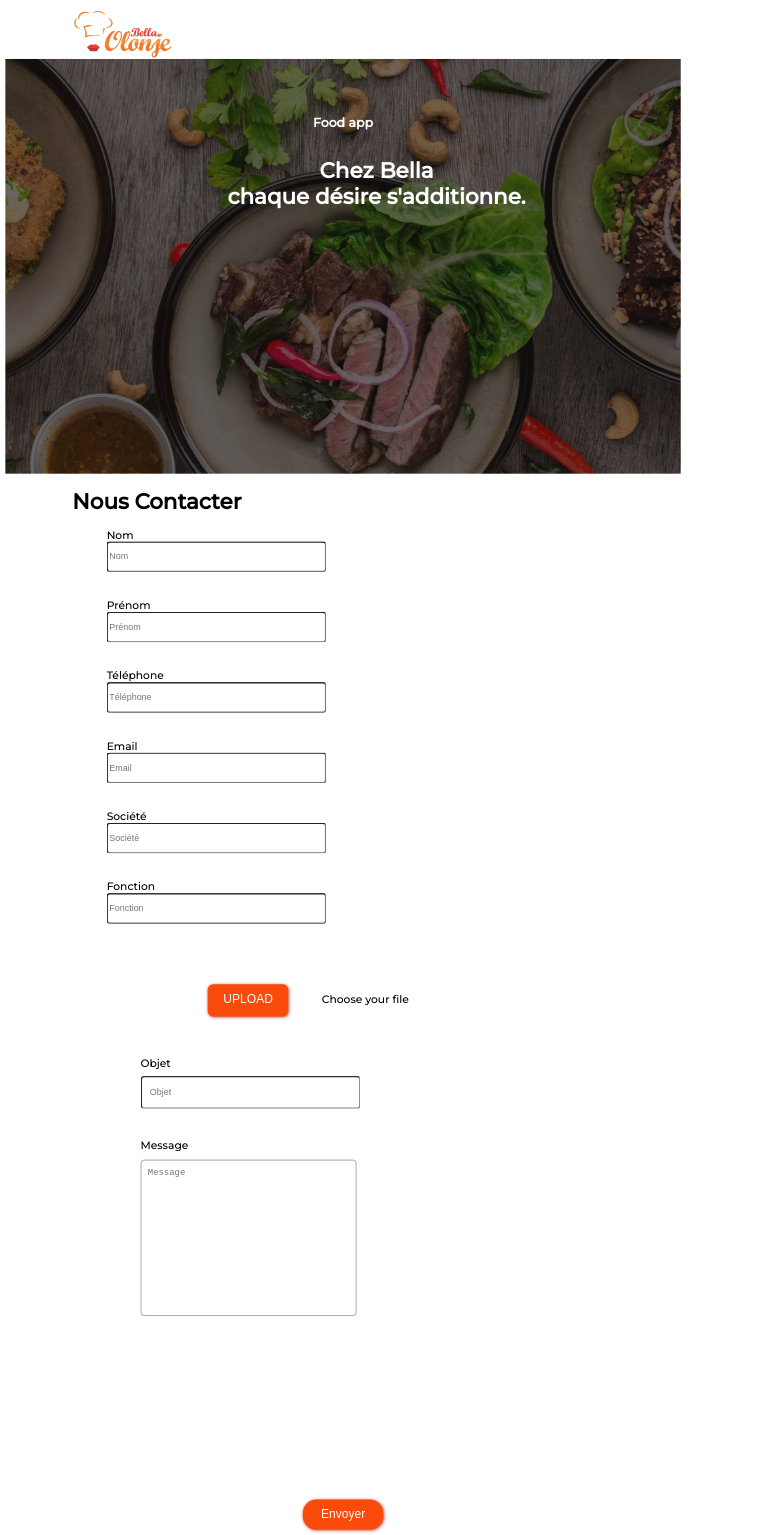
Repository: Ahlam-belhadj/bella-olange
Page: index3.html
An editor plug-in stored every save of this project. The page is shown before and after a run of saves, followed by the edit.
The browser window is 1024 px wide. The page is 1166 px wide, so the pictures cover 1166 px, including what lies to the right of the window. The pictures show the whole page, at 67% of full size.
Pictures or frames that could not be fetched are drawn as grey boxes.

Above is the page before, as saved 2023-02-12 21:15:21.

### index3.html
<!DOCTYPE html>
<html lang="en">

<head>
    <meta charset="UTF-8">
    <meta http-equiv="X-UA-Compatible" content="IE=edge">
    <meta name="viewport" content="width=device-width, initial-scale=1.0">
    <link rel="stylesheet" href="style3.css">
    <script src="https://www.google.com/recaptcha/api.js" async defer></script>
    <title>Bella olanje</title>
</head>

<body>
    <header>
        <nav>
            <div class="logo"><img  class="logo" src="image/logo_bella_olonje.png" alt="logo"></div>
            <ul>
                <li><a href="#" class="nav-link">Home</a></li>
                <li><a href="#" class="nav-link">Pizza</a></li>
                <li><a href="#" class="nav-link">Burgers</a></li>
                <li><a href="#" class="nav-link">Salade</a></li>
                <li><a href="#" class="nav-link">Contact</a></li>

            </ul>
            <div class="icon_navbar">
                <label for="click" class="menu-btn">
                  <i class="fas fa-bars"></i>
                </label>
            </div>
          </nav>

        <div class="title">
            <div class="texte">
                <h3>Food app</h3>
                <h1>Chez Bella <br>
                    chaque désire s'additionne.</h1>
            </div>
        </div>
    </header>
    <main>
    <div class="information">
        <form>
            <h1>Nous Contacter</h1>
            <div class="commande">
                <div class="info1">
                    <div class="label">
                        <label>Nom</label>
                        <br>
                        <input type="text" placeholder="Nom">
                    </div>
                    <div class="label">
                        <label>Prénom</label>
                        <br>
                        <input type="text" placeholder="Prénom">
                    </div>
                </div>
                <div class="info2">
                    <div class="label">
                        <label>Téléphone</label>
                        <br>
                        <input type="text" placeholder="Téléphone">
                    </div>
                    <div class="label">
                        <label>Email</label>
                        <br>
                        <input type="email" placeholder="Email">
                    </div>
                </div>
                <div class="info1">
                    <div class="label">
                        <label>Société</label>
                        <br>
                        <input type="text" placeholder="Société">
                    </div>
                    <div class="label">
                        <label>Fonction</label>
                        <br>
                        <input type="email" placeholder="Fonction">
                    </div>
                </div>

            </div>
        </form>
    </div>


    <div class="chose">
        <div class="div_button">
            <button class="button1" type="button">UPLOAD</button>
            <p>Choose your file</p>
        </div>
    </div>

    <div>
        <div class="g-recaptcha" data-sitekey="6Lff4ygkAAAAABA1RWNuq8ewgkRZaDD-yAWqFs1t"></div>
    </div>

    <div class="grp_choose">
        <div class="choose_message">
            <div class="label_choose">
                <label>Objet</label><br>
                <input type="text" placeholder="Objet">
            </div>
            <div class="label_message">
                <label>Message</label><br>
                <textarea placeholder="Message"></textarea>
            </div>
        </div>
    </div>


    <div class="maps">
        <iframe
            src="https://www.google.com/maps/embed?pb=!1m18!1m12!1m3!1d6464.54830951471!2d2.4294808287259815!3d48.785241545980085!2m3!1f0!2f0!3f0!3m2!1i1024!2i768!4f13.1!3m3!1m2!1s0x47e67344bd2d57f1%3A0x2a84a845271b523a!2sAFPA!5e0!3m2!1sfr!2sfr!4v1674668360985!5m2!1sfr!2sfr"
            width="600" height="450" style="border:0;" allowfullscreen="" loading="lazy"
            referrerpolicy="no-referrer-when-downgrade"></iframe>
    </div>


    <div class="button1">
        <button class="button">Envoyer</button>
    </div>
</main>
</body>

</html>

### style3.css
@import url('https://fonts.googleapis.com/css2?family=Montserrat:wght@100;200;500&display=swap');

body {
    font-family: Montserrat, sans-serif;
}


.logo {
    height: 80px;
}

nav {
    display: flex;
    height: 80px;
    width: 100%;
    background: white;
    align-items: center;
    justify-content: space-between;
    padding: 0 50px 0 100px;
    flex-wrap: wrap;
}

nav .logo {
    color: #fff;
    font-size: 20px;
    text-transform: uppercase;
    text-decoration: none;
}

nav a {
    color: #fff;
    text-decoration: none;
}

nav ul {
    display: flex;
    flex-wrap: wrap;
    list-style: none;

}

nav ul li {
    margin: 0 5px;
}

nav ul li a {
    color: black;
    text-decoration: none;
    font-size: 16px;
    font-weight: 500;
    padding: 8px 15px;
    border-radius: 5px;
    letter-spacing: 1px;
    transition: all 0.3s ease;
}

nav .icon_navbar {
    display: flex;
}



nav .menu-btn i {
    color: #050505;
    font-size: 22px;
    cursor: pointer;

}

input[type="checkbox"] {
    display: none;
}

@media (max-width: 1000px) {
    nav {
        padding: 0 40px 0 50px;
    }

    nav .logo {
        color: #fff;
        font-size: 16px;
        text-transform: uppercase;
    }
}

@media (max-width: 1250px) {
    nav .menu-btn i {
        display: block;
    }

    #click:checked~.menu-btn i:before {
        content: "\f00d";
    }

    nav ul {
        position: fixed;
        top: 80px;
        right: -100%;
        background: #C81100;
        height: 100vh;
        width: 60%;
        text-align: center;
        display: block;
        transition: all 0.3s ease;
    }

    #click:checked~ul {
        right: 0;
    }

    nav ul li {
        width: 100%;
        margin: 40px 0;
    }

    nav ul li a {
        width: 100%;
        display: block;
        font-size: 20px;
        transition: 0.6s cubic-bezier(0.68, -0.55, 0.265, 1.55);
    }

    #click:checked~ul li a {
        margin-left: 0px;
    }

    nav ul li a.active,
    nav ul li a:hover {
        background: none;
        color: #1E1E1E;
    }
}

.title {
    background-image: url(image/Rectangle\ 48.png);
    height: 619px;
    background-repeat: no-repeat;
    background-position: center;
    background-size: cover;



}

.texte {
    color: white;
    display: flex;
    align-items: center;
    justify-content: center;
    flex-direction: column;
    text-align: center;
    height: 50%;
}

/* header */

h1 {
    padding-left: 100px;
}


h2 {
    text-align: center;
    padding-bottom: 20px;
}

.info1 {
    display: flex;
    justify-content: space-around;
    padding-right: 100px;
}

.info2 {
    display: flex;
    justify-content: space-around;
    padding-right: 100px;
}

input {
    width: 320px;
    height: 40px;
    border-radius: 5px;
    margin-bottom: 40px;

}


.maps {
    display: flex;

    padding-left: 200px;
}

iframe {
    width: 941px;
    height: 500px;
    left: 100px;
    top: 1875px;

}


/* button */
button {
    border: 0;
    line-height: 2.5;
    width: 120px;
    padding: 0 18px;
    font-size: 18px;
    text-align: center;
    color: #fff;
    border-radius: 20px;
    background-color: #FA4A0C;
    box-shadow: 1px 1px 5px #B73227;


}

.button1 {
    display: flex;
    justify-content: end;
    margin: 50px 0px 35px 100px;
    border-radius: 8px;
}

p {
    margin-top: 63px;
    margin-left: 50px;
}

.btn {
    display: flex;
}


.div_button {
    padding: 50px 0px 35px 100px;
    display: flex;
}

/* button */


.chose {
    display: flex;
}

.grp_choose {
    padding-left: 200px;
}

.label_choose input {
    width: 938px;
    height: 35px;
    margin-bottom: 20px;
    margin-top: 10px;
    padding: 5px 12px;
    color: grey;
    border-radius: 5px;
    border-color: gray;
}

.label_message {
    padding-top: 25px;
}

textarea {
    width: 938px;
    height: 141px;
    margin-bottom: 20px;
    color: grey;
    border-color: gray;
    margin-top: 12px;
    padding: 10px 10px 80px;
    outline: none;
    border-radius: 5px;
    resize: none;
}

.g-recaptcha {
    padding-left: 200px;
    margin-bottom: 60px;
}

@media (max-width:650px) {
    .info1 {
        display: flex;
        flex-direction: column;
        padding-left: 15%;
    }

    .info2 {
        display: flex;
        flex-direction: column;
        padding-left: 15%;
    }
    .chose {

        padding-left: 20%;
      }

    .div_button {
        padding: 0px;
    }

    .g-recaptcha {
        margin-top: 40px;
        padding-left: 20%;
    }

    .grp_choose {
        /* padding-left: 0px; */
        padding-left: 15%;
    }

    .label_choose input {
        width: 300px;
    }

    textarea {
        width: 300px;
    }

    .maps {
        padding-left: 0px;
    }

    iframe {
        width: 400px;
        height: 200px;
        top: 1875px;
        padding-left: 10%;

    }

    .button1 {

        justify-content: center;
        margin: 50px 0px 0px 0px;

      }
}

@media screen and (min-width:651px) and (max-width:1199px) {
    .info1 {
        display: flex;
        flex-direction: column;
        padding-left: 15%;
    }

    .info2 {
        display: flex;
        flex-direction: column;
        padding-left: 15%;
    }
    .chose {

        padding-left: 30%;
      }

    .div_button {
        padding: 0px;
    }

    .g-recaptcha {
        margin-top: 40px;
        padding-left: 20%;
    }

    .grp_choose {

        padding-left: 20%;
    }

    .label_choose input {
        width: 300px;
    }

    textarea {
        width: 300px;
    }

    .maps {
        padding-left: 0px;
    }

    iframe {
        width: 400px;
        height: 200px;
        top: 1875px;
        padding-left: 20%;

    }

    .button1 {

        justify-content: center;
        margin: 50px 0px 0px 0px;

      }



}

After the next 2 saves:
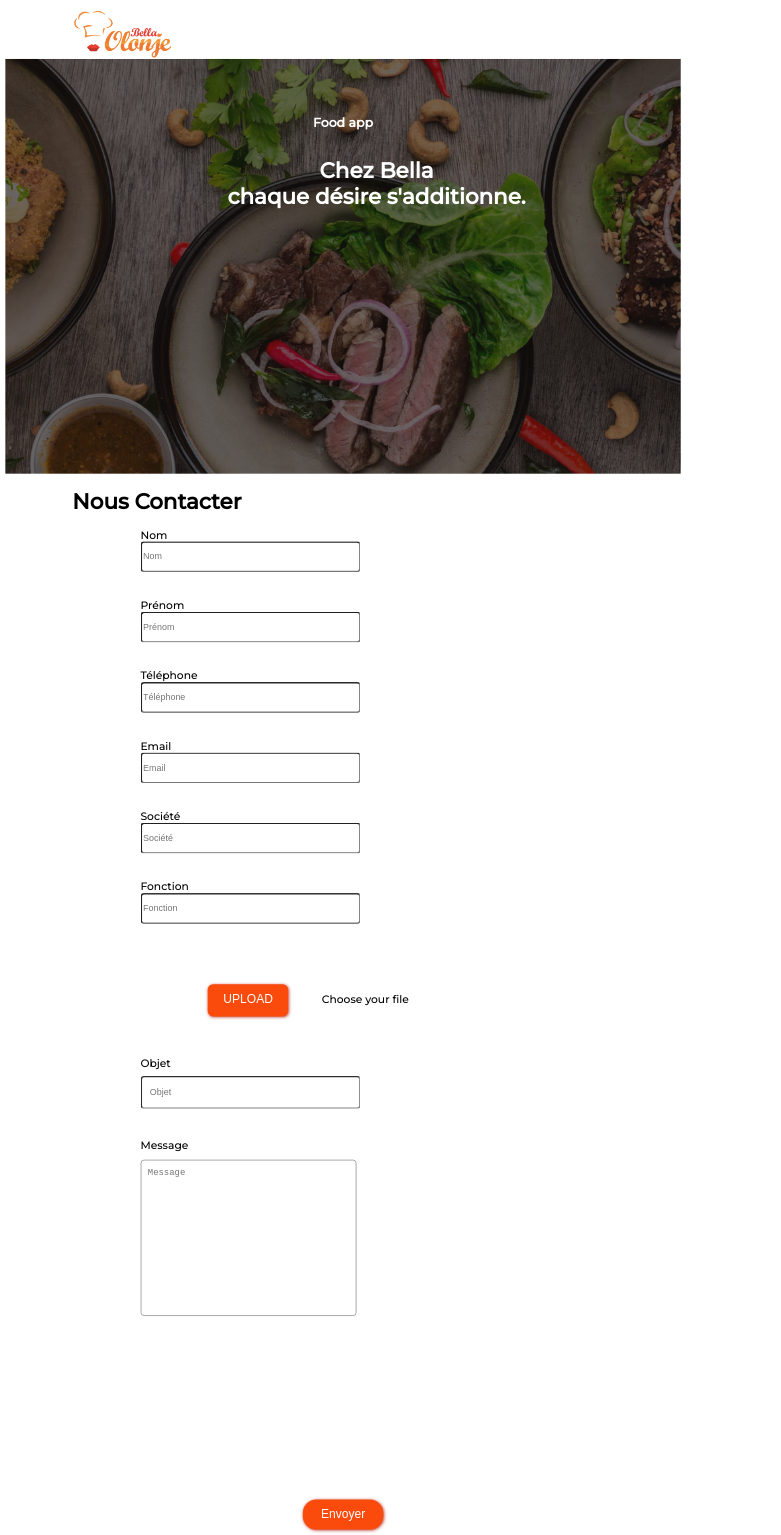
The 2 saves are shown as one change because they came seconds apart.
The last was saved 7 s later.
--- a/style3.css
+++ b/style3.css
@@ -345,13 +345,13 @@ textarea {
     .info1 {
         display: flex;
         flex-direction: column;
-        padding-left: 15%;
+        padding-left: 20%;
     }
 
     .info2 {
         display: flex;
         flex-direction: column;
-        padding-left: 15%;
+        padding-left: 20%;
     }
     .chose {
 
